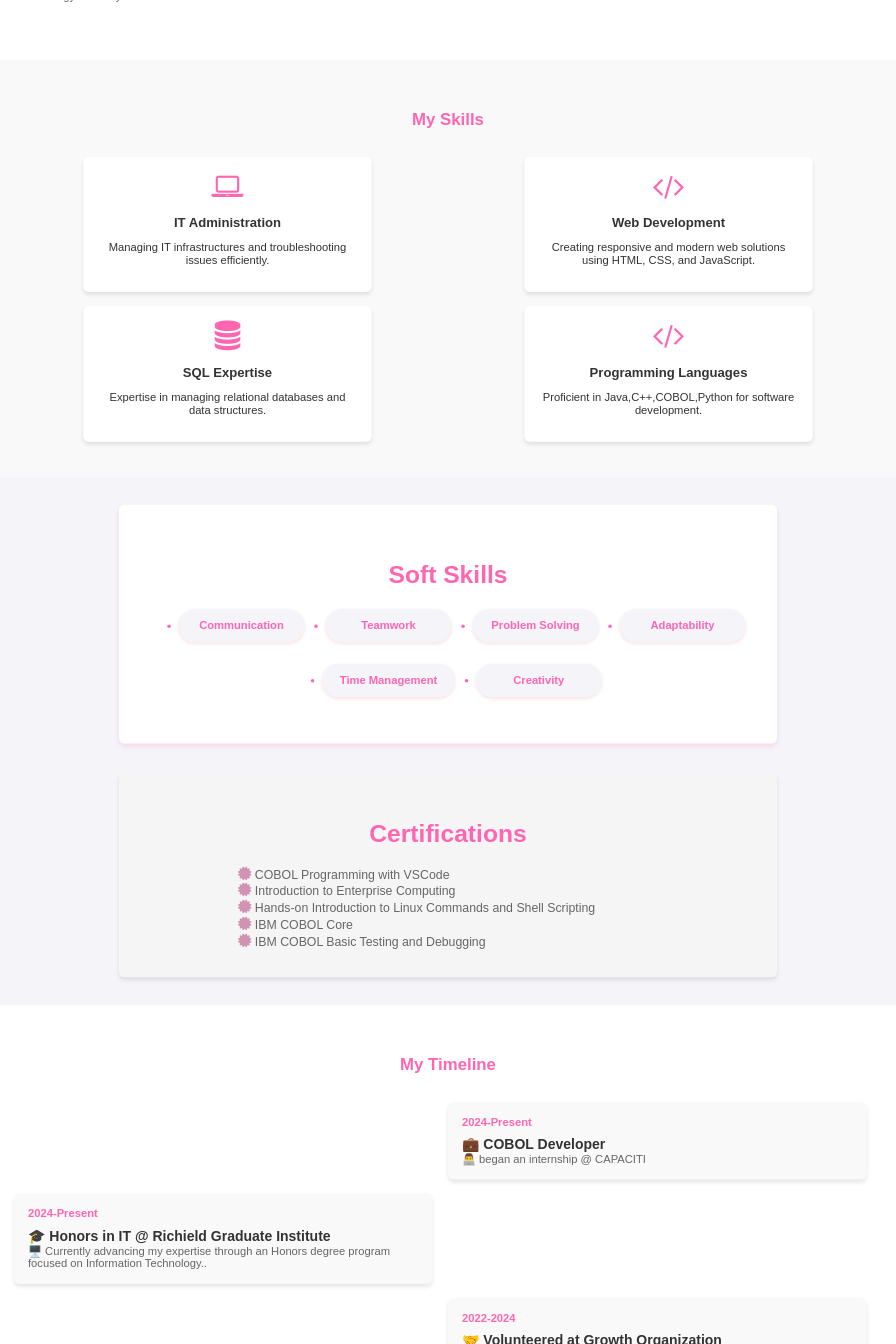
Repository: asandan8106/Asanda-sPortfolio
Page: Portfolio/About.html
An editor plug-in stored every save of this project. The page is shown before and after the next save, followed by the edit.
The browser window is 1280 px wide. The pictures show the part of the page from y = 793 to 2713 px (the page is 3156 px tall before and 2889 px after), at 70% of full size.

Above is the page before, as saved 2025-05-19 09:03:43.
Console error: ReferenceError: Typed is not defined

After the next save:
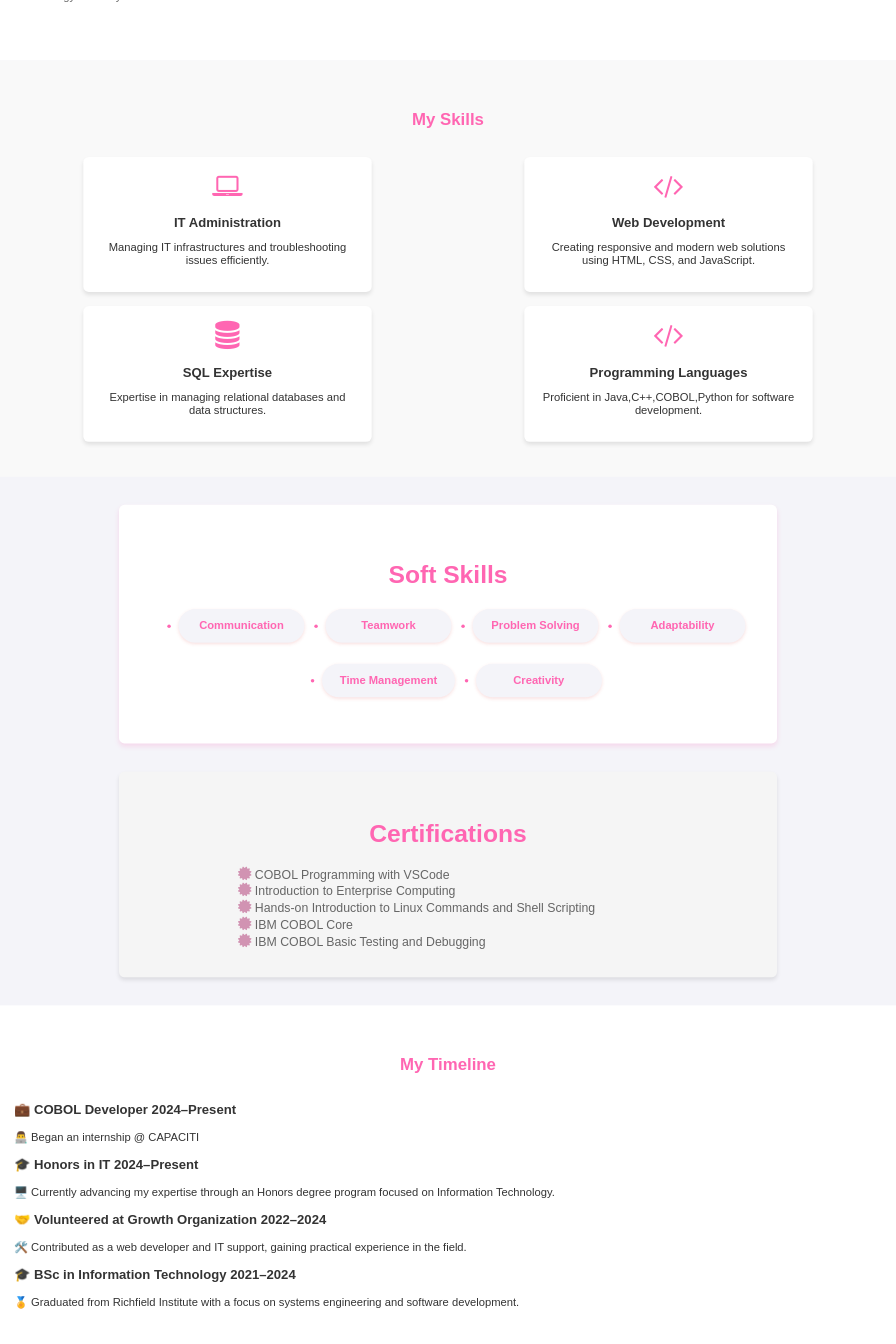
Saved 3 min 1 s later.
--- a/Portfolio/About.html
+++ b/Portfolio/About.html
@@ -121,29 +121,37 @@
 </section>
 
 
-<section class="timeline-section fade-in-section">
-    <h2>My Timeline</h2>
-    <div class="timeline-item">
-        <div class="date">2024-Present</div>
-        <div class="title">💼 COBOL Developer</div>
-        <div class="details">👨‍💻 began an internship @ CAPACITI</div>
-    </div>
-    <div class="timeline-item">
-        <div class="date">2024-Present</div>
-        <div class="title">🎓 Honors in IT @ Richield Graduate Institute</div>
-        <div class="details">🖥️ Currently advancing my expertise through an Honors degree program focused on Information Technology..</div>
-    </div>
-    <div class="timeline-item">
-        <div class="date">2022-2024</div>
-        <div class="title">🤝 Volunteered at Growth Organization</div>
-        <div class="details">🛠️ Contributed as a web developer and IT support, gaining practical experience in the field</div>
-    </div>
-    <div class="timeline-item">
-        <div class="date">2021-2024</div>
-        <div class="title">🎓 BSc in Information Technology</div>
-        <div class="details">🏅 Graduated with a Degree from Richield Institute with a focus on systems engineering and software development.</div>
+<section class="timeline-section">
+  <h2>My Timeline</h2>
+  <div class="timeline-container">
+    <div class="timeline-entry left">
+      <div class="content">
+        <h3>💼 COBOL Developer <span class="date">2024–Present</span></h3>
+        <p>👨‍💻 Began an internship @ CAPACITI</p>
+      </div>
     </div>
 
+    <div class="timeline-entry right">
+      <div class="content">
+        <h3>🎓 Honors in IT <span class="date">2024–Present</span></h3>
+        <p>🖥️ Currently advancing my expertise through an Honors degree program focused on Information Technology.</p>
+      </div>
+    </div>
+
+    <div class="timeline-entry left">
+      <div class="content">
+        <h3>🤝 Volunteered at Growth Organization <span class="date">2022–2024</span></h3>
+        <p>🛠️ Contributed as a web developer and IT support, gaining practical experience in the field.</p>
+      </div>
+    </div>
+
+    <div class="timeline-entry right">
+      <div class="content">
+        <h3>🎓 BSc in Information Technology <span class="date">2021–2024</span></h3>
+        <p>🏅 Graduated from Richfield Institute with a focus on systems engineering and software development.</p>
+      </div>
+    </div>
+  </div>
 </section>
 
     <button id="back-to-top" aria-label="Back to top">
